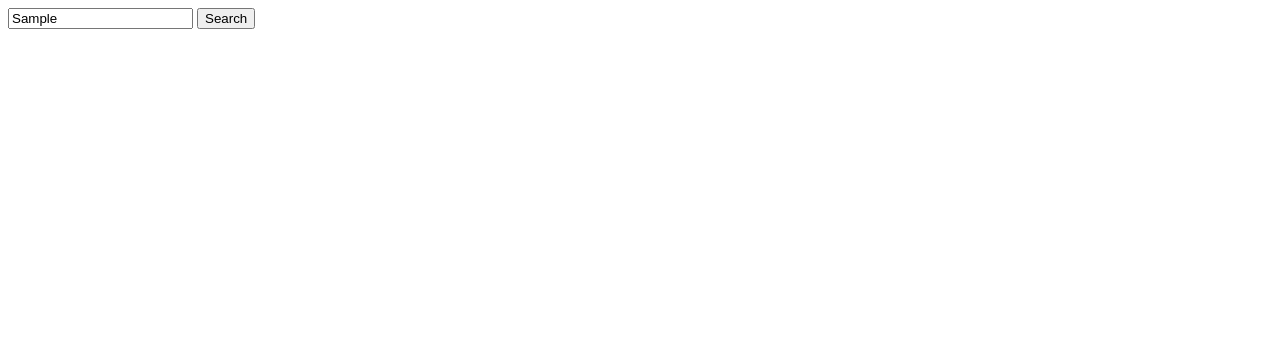
Repository: NeroVanbiervliet/newbeurs-web-terminated
Page: BeursWebApp/WebContent/test2.html
An editor plug-in stored every save of this project. The page is shown before and after the next save, followed by the edit.
The browser window is 1280 px wide. The pictures show the whole page.
Empty fields were first filled with sample values (such as "Sample", 5 or name@example.com).
After loading, the first visible `#searchForm` was submitted once.
Some web libraries are served in a nearby version.

Above is the page before, as saved 2015-09-25 08:52:29.

After the next save:
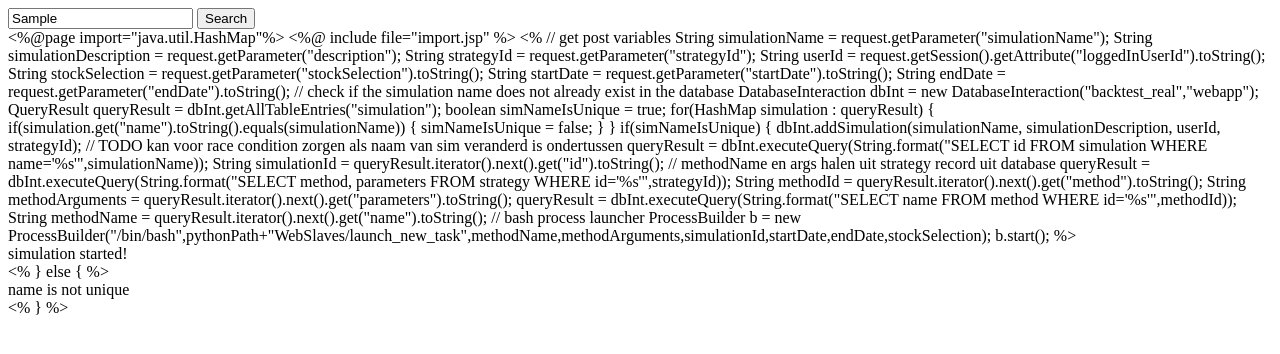
Saved 3 min 12 s later.
--- a/BeursWebApp/WebContent/test2.html
+++ b/BeursWebApp/WebContent/test2.html
@@ -30,7 +30,7 @@
                 /* Put the results in a div */
                 posting.done(function(data) {
                     var content = $(data).find('#content');
-                    $("#result").empty().append(content);
+                    $("#result").empty().append(data);
                     alert("lkj");
                 });
 

After the save that followed:
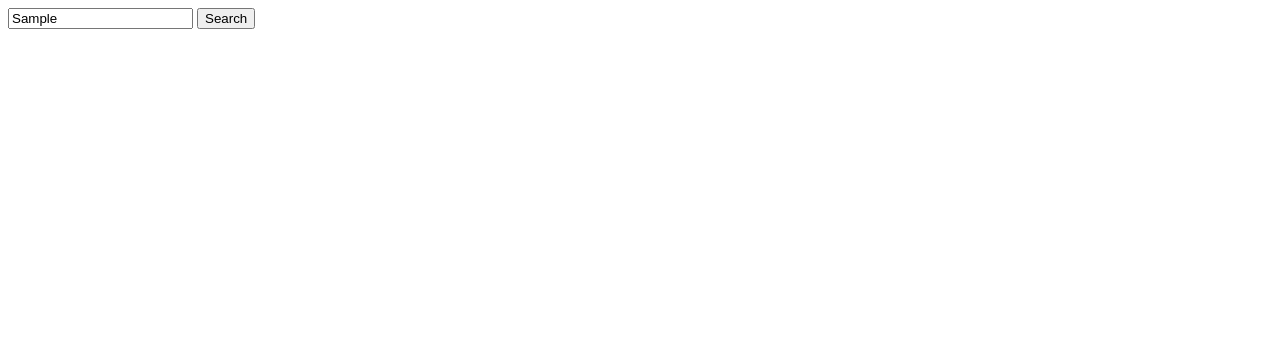
Saved 35 s later.
--- a/BeursWebApp/WebContent/test2.html
+++ b/BeursWebApp/WebContent/test2.html
@@ -30,7 +30,7 @@
                 /* Put the results in a div */
                 posting.done(function(data) {
                     var content = $(data).find('#content');
-                    $("#result").empty().append(data);
+                    $("#result").empty().append(content);
                     alert("lkj");
                 });
 
